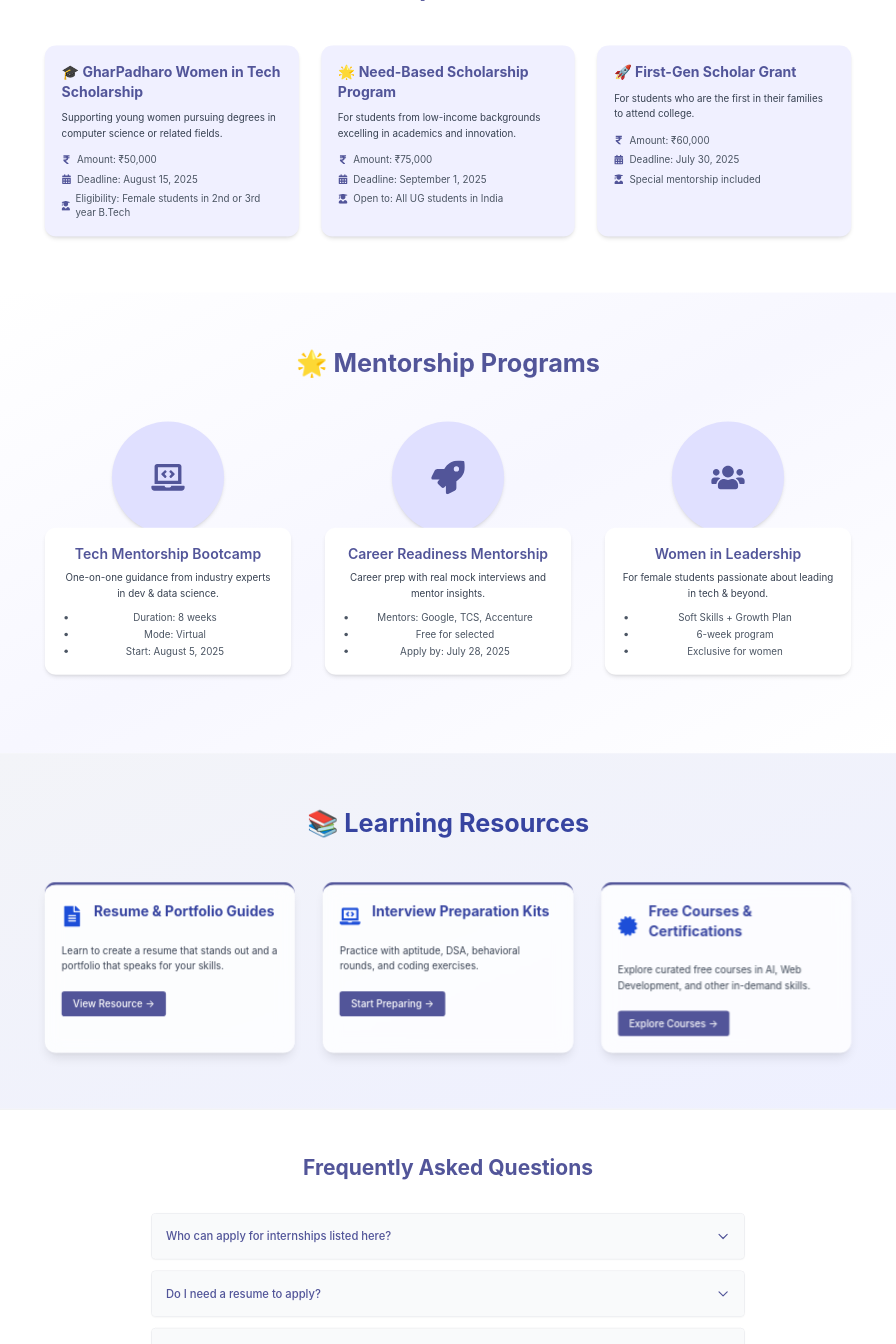
Repository: Siddharthkothiyal/GharPadhaaroCareerWebsite
Page: /#/students
The author's editor kept a copy of each file at every save. The page is drawn from the files as they stood at one save, then again after the next save.
The browser window is 1280 px wide. The pictures show the part of the page from y = 4580 to 6500 px (the page is 6771 px tall before and 6750 px after), at 70% of full size.
The project was rebuilt for these pictures with package versions that can differ from the ones it lists, and the page was loaded fresh each time. Also part of the build but not shown: src/components/CareerPortal/JobListing/JobListings.css, src/components/CareerPortal/JobListing/JobListings.js, src/components/CareerPortal/Header.css, src/components/CareerPortal/ResumeUpload.css, src/components/CareerPortal/ResumeUpload.js, src/components/CareerPortal/Header.js, src/components/CareerPortal/JobListing/JobSearch.css, src/components/CareerPortal/JobListing/JobSearch.js and 10 more.

Above is the page before, as saved 2025-06-22 08:03:22.

After the next save:
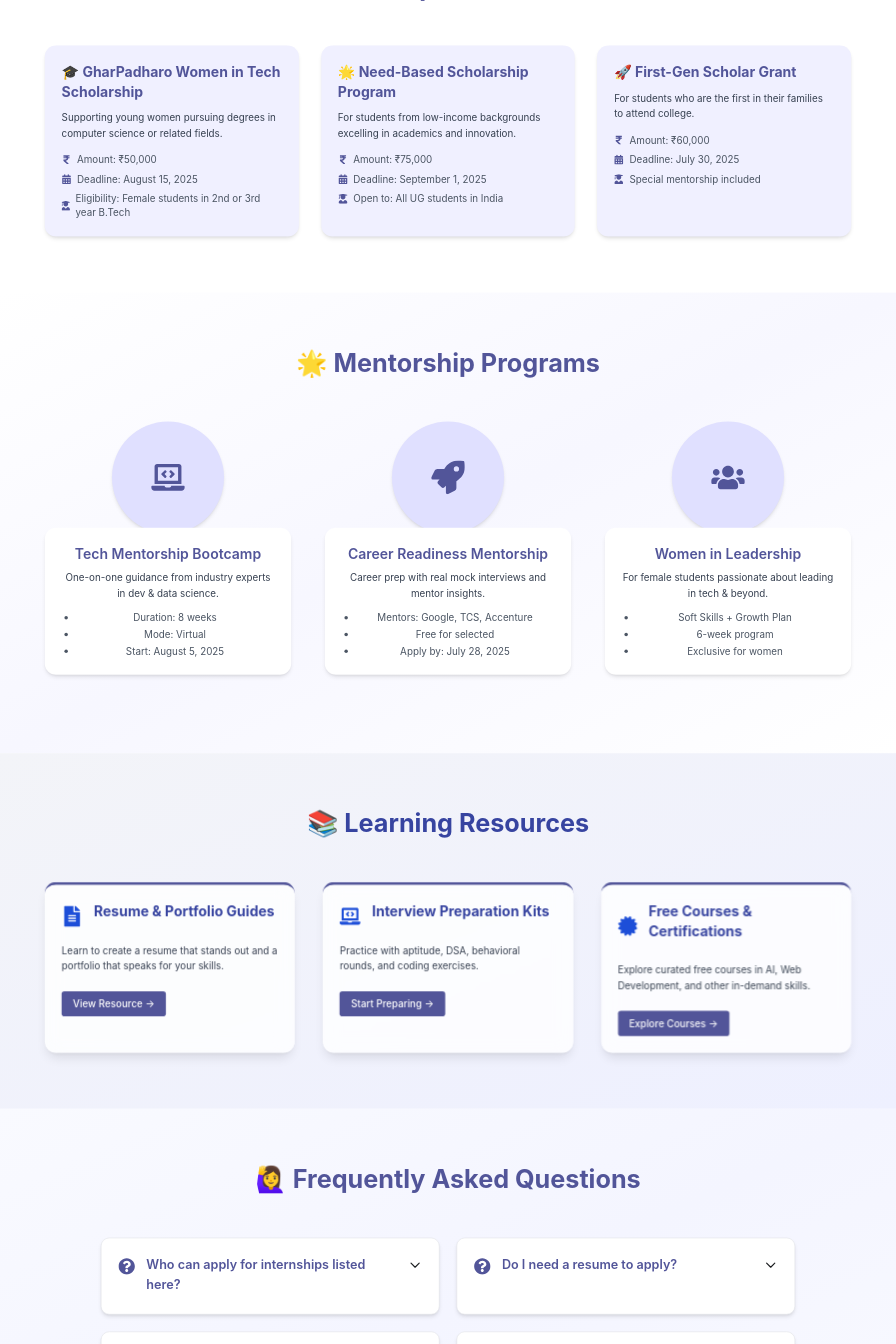
Saved 40 s later.
--- a/src/components/CareerPortal/StudentsPage/sections/FAQs.js
+++ b/src/components/CareerPortal/StudentsPage/sections/FAQs.js
@@ -1,4 +1,5 @@
 import React, { useState } from "react";
+import { FaQuestionCircle } from "react-icons/fa";
 
 const faqsData = [
   {
@@ -36,25 +37,37 @@ const FAQs = () => {
   };
 
   return (
-    <section className="py-16 bg-white border-t border-gray-200">
-      <div className="max-w-4xl mx-auto px-4 sm:px-6">
-        <h2 className="text-3xl font-bold text-center text-[#525599] mb-12">
-           Frequently Asked Questions
+    <section className="py-20 bg-gradient-to-br from-[#f9faff] via-[#f4f5ff] to-[#f9faff]">
+      <div className="max-w-5xl mx-auto px-4">
+        <h2 className="text-4xl font-bold text-center text-[#525599] mb-16">
+          🙋‍♀️ Frequently Asked Questions
         </h2>
 
-        <div className="space-y-4">
+        <div className="grid gap-6 sm:grid-cols-2">
           {faqsData.map((faq, index) => (
             <div
               key={index}
-              className="border border-gray-200 rounded-md overflow-hidden shadow-sm"
+              className="bg-white rounded-xl shadow-md border border-gray-200 hover:shadow-lg transition-all duration-300"
             >
               <button
                 onClick={() => toggleFAQ(index)}
-                className="w-full flex justify-between items-center p-5 bg-gray-50 text-left text-[#525599] font-medium focus:outline-none hover:bg-gray-100 transition"
+                className="w-full flex items-start gap-4 p-6 text-left focus:outline-none"
               >
-                <span>{faq.question}</span>
+                <FaQuestionCircle className="text-[#525599] text-2xl mt-1" />
+                <div className="flex-1">
+                  <h3 className="text-lg font-semibold text-[#525599] mb-1">
+                    {faq.question}
+                  </h3>
+                  <p
+                    className={`text-sm text-gray-700 leading-relaxed transition-all duration-300 ${
+                      activeIndex === index ? "block mt-2" : "hidden"
+                    }`}
+                  >
+                    {faq.answer}
+                  </p>
+                </div>
                 <svg
-                  className={`w-5 h-5 transform transition-transform duration-300 ${
+                  className={`w-5 h-5 mt-1 transition-transform duration-300 ${
                     activeIndex === index ? "rotate-180" : ""
                   }`}
                   fill="none"
@@ -65,13 +78,6 @@ const FAQs = () => {
                   <path strokeLinecap="round" strokeLinejoin="round" d="M19 9l-7 7-7-7" />
                 </svg>
               </button>
-              <div
-                className={`transition-all duration-300 ease-in-out overflow-hidden ${
-                  activeIndex === index ? "max-h-[500px] p-5 bg-white text-gray-700" : "max-h-0"
-                }`}
-              >
-                <p className="text-sm leading-relaxed">{faq.answer}</p>
-              </div>
             </div>
           ))}
         </div>
